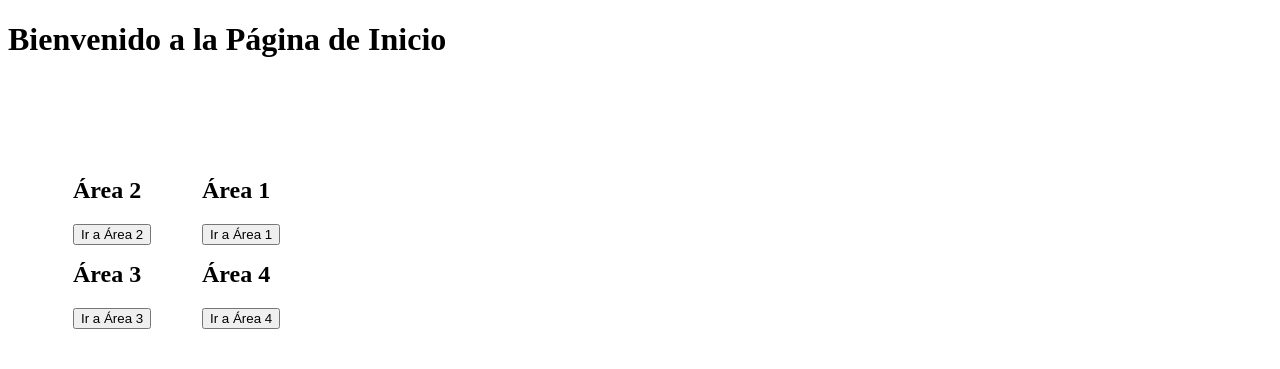
Repository: iDiv3r/MexiQuimicosIsay
Page: Inicio.html
The author's editor kept a copy of each file at every save. The page is drawn from the files as they stood at one save, then again after the next save.
The browser window is 1280 px wide. The pictures show the whole page.

Above is the page before, as saved 2023-11-26 17:09:20.

### Inicio.html
<!DOCTYPE html>
<html>
<head>
  <title>Página de Inicio</title>
  <link rel="stylesheet" href="css/Inicio.css">
</head>
<body>
  <h1>Bienvenido a la Página de Inicio</h1>

  <div class="Btn1">
    <h2>Área 1</h2>
    <button onclick="location.href='/ruta/area1.html'">Ir a Área 1</button>
  </div>

  <div class="Btn2">
    <h2>Área 2</h2>
    <button onclick="location.href='/ruta/area2.html'">Ir a Área 2</button>
  </div>

  <div class="Btn3">
    <h2>Área 3</h2>
    <button onclick="location.href='/ruta/area3.html'">Ir a Área 3</button>
  </div>

  <div class="Btn4">
    <h2>Área 4</h2>
    <button onclick="location.href='/ruta/area4.html'">Ir a Área 4</button>
  </div>
</body>
</html>

### css/Inicio.css
.Btn1{
  position: absolute;
width: 83px;
height: 60px;
left: 202px;
right: 83px;
top: 157px;
bottom: 84px;
}

.Btn2{
position: absolute;
width: 83px;
height: 60px;
left: 73px;
right: 212px;
top: 157px;
bottom: 84px;
}

.Btn3{
position: absolute;
width: 83px;
height: 60px;
left: 73px;
right: 212px;
top: 241px;
bottom: 0;
}

.Btn4{
position: absolute;
width: 83px;
height: 60px;
left: 202px;
right: 83px;
top: 241px;
bottom: 0;
}

### css/login.css
body {
    font-family: 'Overpass', sans-serif;
    font-weight: normal;
    font-size: 100%;
    color: #9bcee9;

    margin: 0;
    background-color: #0f4c75;
}

#contenedor {
    display: flex;
    align-items: center;
    justify-content: center;

    margin: 0;
    padding: 0;
    min-width: 100vw;
    min-height: 100vh;
    width: 100%;
    height: 100%;
}

#central {
    max-width: 320px;
    width: 100%;
}

.titulo {
    font-size: 250%;
    color:#bbe1fa;
    text-align: center;
    margin-bottom: 20px;
}

#login {
    width: 100%;
    padding: 50px 30px;
    background-color: #73bced;

    -webkit-box-shadow: 0px 0px 5px 5px rgba(0,0,0,0.15);
    -moz-box-shadow: 0px 0px 5px 5px rgba(0,0,0,0.15);
    box-shadow: 0px 0px 5px 5px rgba(0,0,0,0.15);

    border-radius: 3px 3px 3px 3px;
    -moz-border-radius: 3px 3px 3px 3px;
    -webkit-border-radius: 3px 3px 3px 3px;

    box-sizing: border-box;
}

#login input {
    font-family: 'Overpass', sans-serif;
    font-size: 110%;
    color: #599fc4;

    display: block;
    width: 100%;
    height: 40px;

    margin-bottom: 10px;
    padding: 5px 5px 5px 10px;

    box-sizing: border-box;

    border: none;
    border-radius: 3px 3px 3px 3px;
    -moz-border-radius: 3px 3px 3px 3px;
    -webkit-border-radius: 3px 3px 3px 3px;
}

#login input::placeholder {
    font-family: 'Overpass', sans-serif;
    color: #E4E4E4;
}

#login button {
    font-family: 'Overpass', sans-serif;
    font-size: 110%;
    color:#346e8d;
    width: 100%;
    height: 40px;
    border: none;

    border-radius: 3px 3px 3px 3px;
    -moz-border-radius: 3px 3px 3px 3px;
    -webkit-border-radius: 3px 3px 3px 3px;

    background-color: #bbe1fa;

    margin-top: 10px;
}

#login button:hover {
    background-color: #5ccef4;
    color:#bbe1fa;
}

.pie-form {
    font-size: 90%;
    text-align: center;
    margin-top: 15px;
}

.pie-form a {
    display: block;
    text-decoration: none;
    color: #bbe1fa;
    margin-bottom: 3px;
}

.pie-form a:hover {
    color: #0f4c75;
}

.inferior {
    margin-top: 10px;
    font-size: 90%;
    text-align: center;
}

.inferior a {
    display: block;
    text-decoration: none;
    color: #bbe1fa;
    margin-bottom: 3px;
}

.inferior a:hover {
    color: #3282b8;
}

.logo{
    image-rendering: auto;
    width: 20%;
    height: 20%;

}

#contenedor {
    position: relative;
}

.titulo{
    position: absolute;
    top: 100px;
    left: 50%;
    transform: translateX(-50%);
}

After the next save:
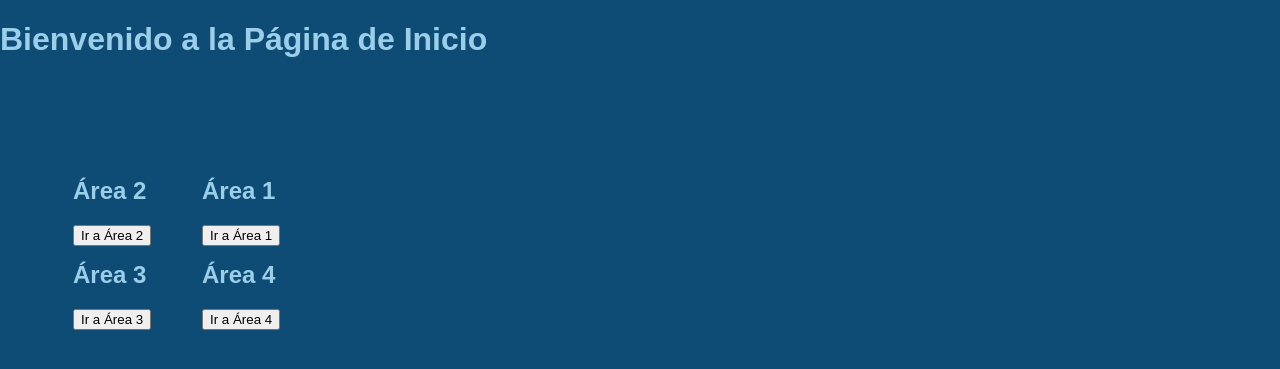
Saved 34 s later.
--- a/Inicio.html
+++ b/Inicio.html
@@ -3,6 +3,7 @@
 <head>
   <title>Página de Inicio</title>
   <link rel="stylesheet" href="css/Inicio.css">
+  <link rel="stylesheet" href="css/login.css">
 </head>
 <body>
   <h1>Bienvenido a la Página de Inicio</h1>
